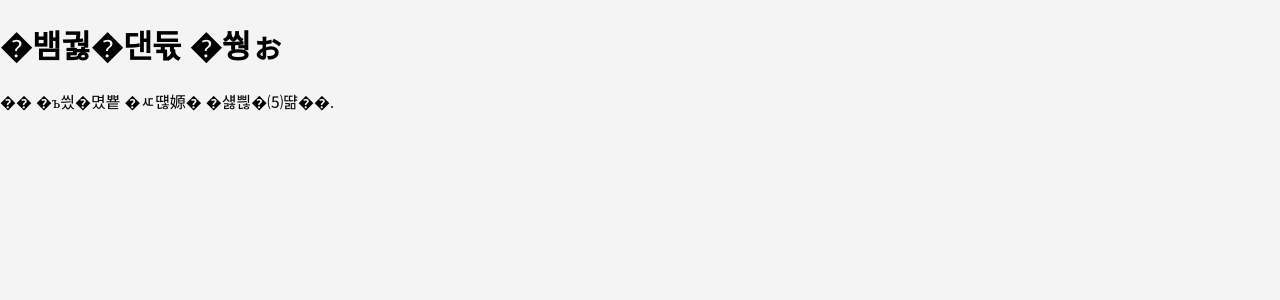
Repository: chanakoh/spring
Page: springTestProject-1/src/main/resources/static/Header.html
The author's editor kept a copy of each file at every save. The page is drawn from the files as they stood at one save, then again after the next save.
The browser window is 1280 px wide. The pictures show the whole page.

Above is the page before, as saved 2023-11-21 05:24:43.

After the next save:
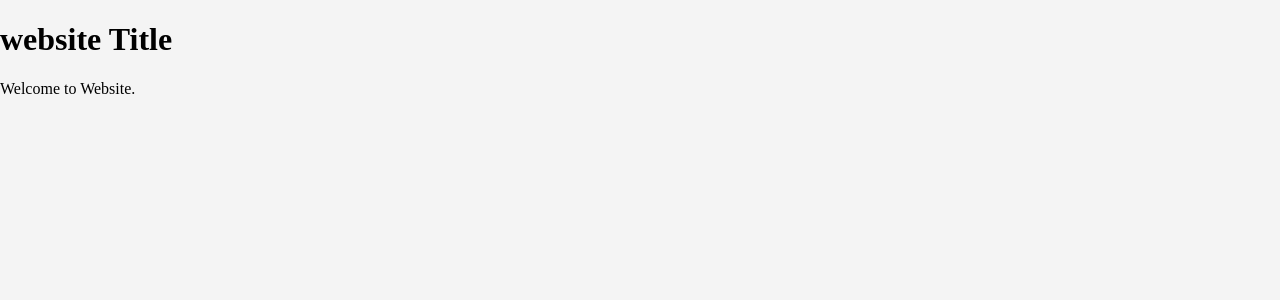
Saved 4 min 32 s later.
--- a/springTestProject-1/src/main/resources/static/Header.html
+++ b/springTestProject-1/src/main/resources/static/Header.html
@@ -12,7 +12,7 @@
 			background-color: #f4f4f4;
 		}
 	</style>
-	<h1>웹사이트 제목</h1>
-	<p>웹 사이트에 오신걸 환영합니다.</p>
+	<h1>website Title</h1>
+	<p>Welcome to Website.</p>
 </body>
 </html>
